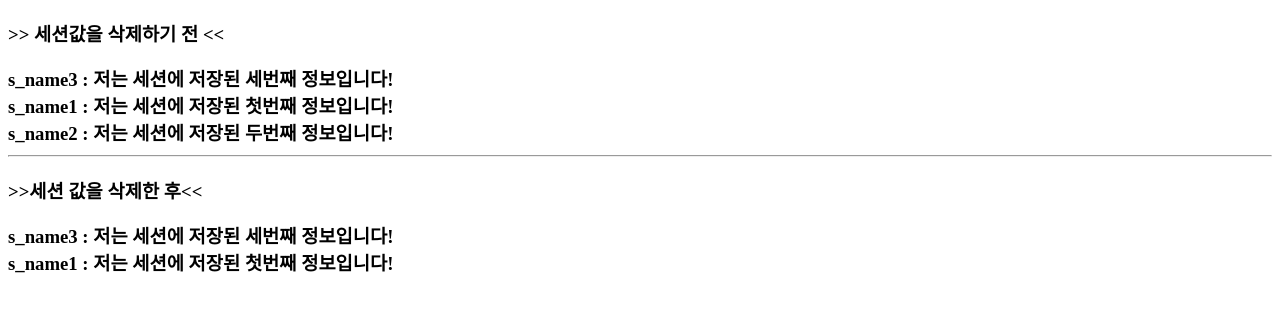
Repository: uhhuhhmm/JSP-Servlet-Class
Page: http://localhost/web02/removeAttribute.jsp
An editor plug-in stored every save of this project. The page is shown before and after the next save, followed by the edit.
The browser window is 1280 px wide. The pictures show the whole page.
The page is served by Tomcat 9.

Above is the page before, as saved 2022-07-14 02:03:45.

After the next save:
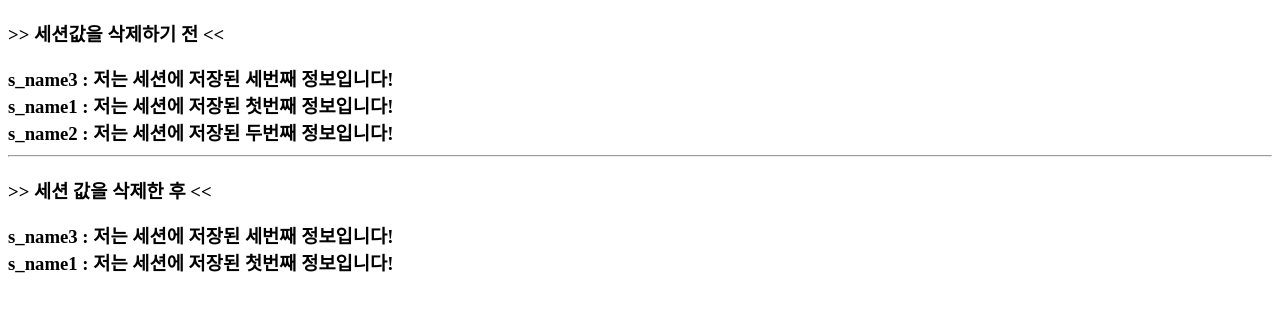
Saved 9 s later.
--- a/web02/WebContent/removeAttribute.jsp
+++ b/web02/WebContent/removeAttribute.jsp
@@ -24,7 +24,7 @@
 
    // 이름을 지정하여 세션에 저장된 객체를 제거합니다.
    session.removeAttribute("s_name2");
-   out.println("<hr><h3>>>세션 값을 삭제한 후<<<h3>");
+   out.println("<hr><h3> >> 세션 값을 삭제한 후 << <h3>");
    names = session.getAttributeNames();
    while(names.hasMoreElements()){
       String name = names.nextElement().toString();
